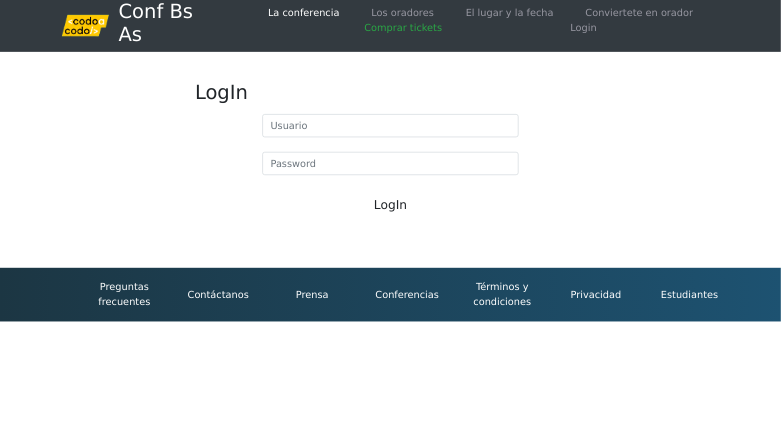
Repository: carolinaeramirez/tpntegrador_cac_23552
Page: http://localhost/integrador_cac/login.jsp
An editor plug-in stored every save of this project. The page is shown before and after the next save, followed by the edit.
The browser window is 1280 px wide. The pictures show the whole page, at 61% of full size.
The page is served by Tomcat 9. Other server files are loaded and not shown.

Above is the page before, as saved 2023-12-15 17:05:19.

### integrador_cac/src/main/webapp/login.jsp
<%@page import="ar.com.integrador.domain.Orador"%>
<%@page import="java.util.List"%>

<!doctype html>
<html lang="es">

	<head>
	  <meta charset="utf-8">
	  <meta name="viewport" content="width=device-width, initial-scale=1">




    <link
      rel="shortcut icon"
      href="./assets/img/favicon.ico"
      type="image/x-icon"
    />
    <link
      href="https://cdn.jsdelivr.net/npm/bootstrap@5.0.2/dist/css/bootstrap.min.css"
      rel="stylesheet"
      integrity="sha384-EVSTQN3/azprG1Anm3QDgpJLIm9Nao0Yz1ztcQTwFspd3yD65VohhpuuCOmLASjC"
      crossorigin="anonymous"
    />
    <link rel="stylesheet" href="./css/estilos.css" />
	  <title>Trabajo Integrador</title>

	</head>
	<body>

		<jsp:include page="header.jsp"/>

		<main class="d-flex justify-content-center align-items-center">
		 <section class="mt-5 container" id="form-orador">
		        <div class="row justify-content-center">
		            <div class="col-lg-8 col-xl-7">
		                <h2 class="titulo-gral mb-3">LogIn</h2>

		                <form action="<%=request.getContextPath()%>/LoginAdminController" method="POST">
		                    <div class="row justify-content-center">
		                        <div class="col-8 mb-3 mb-4">
		                            <input type="text" class="form-control" name="nombre" placeholder="Usuario" aria-label="Nombre" required>

		                        </div>
		                         <div class="col-8 mb-3 mb-4">
		                           <input type="password" class="form-control" name="password" placeholder="Password" aria-label="Password" required>
		                         </div>
		                    </div>
		                    <div class="row justify-content-center">
		                        <div class="col-8 mb-3">
		                            <div class="d-grid">
		                                <button type="submit" class="btn btn-lg btn-form">LogIn</button>
		                            </div>
		                        </div>
		                    </div>
		                </form>
		            </div>
		        </div>
		    </section>

		</main>

		<jsp:include page="footer.jsp"/>

		<script src="https://cdn.jsdelivr.net/npm/bootstrap@5.1.3/dist/js/bootstrap.bundle.min.js" integrity="sha384-ka7Sk0Gln4gmtz2MlQnikT1wXgYsOg+OMhuP+IlRH9sENBO0LRn5q+8nbTov4+1p" crossorigin="anonymous"></script>

	</body>
</html>

### integrador_cac/src/main/webapp/header.jsp
 <header>
      <div class="encabezado">
        <div class="encabezado__logo">
          <a
            href="https://buenosaires.gob.ar/educacion/codo-codo-40"
            target="_blank"
          >
            <img
              class="encabezado__logo__img"
              src="assets/img/codoacodo.png"
              alt="logo de codo a codo 4.0"
              loading="lazy"
            />
          </a>
        </div>
        <div class="encabezado__titulo">
          <h2>Conf Bs As</h2>
        </div>
        <nav class="encabezado__nav">
          <ul>
            <li>
              <a class="encabezado_conferencia" href="index.jsp#conferencia"
                >La conferencia</a
              >
            </li>
            <li>
              <a class="encabezado_links" href="index.jsp#oradores">Los oradores</a>
            </li>
            <li>
              <a class="encabezado_links" href="index.jsp#lugarFecha"
                >El lugar y la fecha</a
              >
            </li>
            <li>
              <a class="encabezado_links" href="index.jsp#formularioOrador"
                >Conviertete en orador</a
              >
            </li>
            <li>
              <a class="encabezado_comprar_tickets" href="tickets.jsp"
                >Comprar tickets</a
              >
            </li>
            <li>
              <a class="encabezado_links" href="login.jsp"
                >Login</a
              >
            </li>
          </ul>
        </nav>
        <div class="encabezado__hamburguesa">
          <i class="fas fa-bars" id="hamburguesa"></i>
        </div>
      </div>
    </header>

### integrador_cac/src/main/webapp/footer.jsp
<footer class="footer_contenedor">
      <a class="anclas_footer" href="">Preguntas frecuentes</a>
      <a class="anclas_footer" href="">Contáctanos</a>
      <a class="anclas_footer" href="">Prensa</a>
      <a class="anclas_footer" href="">Conferencias</a>
      <a class="anclas_footer" href="">Términos y condiciones</a>
      <a class="anclas_footer" href="">Privacidad</a>
      <a class="anclas_footer" href="">Estudiantes</a>
    </footer>

### integrador_cac/src/main/webapp/css/estilos.css
* {
  margin: 0;
  padding: 0;
  box-sizing: border-box;
  font-family: "Lucida Sans", "Lucida Sans Regular", "Lucida Grande",
    "Lucida Sans Unicode", Geneva, Verdana, sans-serif;
}

/* Encabezado */.encabezado {
  width: 100%;
  padding-left: 5%;
  padding-right: 5%;
  height: 15%;
  background-color: rgb(51, 58, 64);
  display: flex;
  align-items: center;
  justify-content: flex-start;
  flex-direction: row;

  /* Responsive */
  @media (max-width: 768px) {
    flex-direction: row;
    align-items:center;
    justify-content: space-between;
  }
}

.encabezado__logo {
  margin-left: 2%;
  width: 10%;

  /* Responsive */
  @media (max-width: 768px) {
    margin-left: 0;
    width: 100%;
  }
}

.encabezado__logo__img {
  width: 100%;
}

.encabezado__titulo {
  width: 15%;
  color: white;
  font-size: 1rem;

  /* Responsive */
}
@media (max-width: 768px) {
  .encabezado__titulo {
    margin-left: 0;
    width: 100%;
  }
}
.encabezado__nav {
  margin-right: 5%;
  width: 75%;
  display: flex;
  align-items: flex-end;
  justify-content: flex-end;
  flex-direction: row;
  position: relative;

  /* Responsive */
}
.encabezado__hamburguesa {
  color: white;
  position: absolute;
  right: 20px;
  top: 10px;
}
@media (max-width: 768px) {
  .encabezado__nav {
    display: none;
  }

  .encabezado__hamburguesa {
    display: block;
  }
}
.encabezado__nav ul {
  display: flex;
  align-items: flex-end;
  justify-content: space-evenly;
  flex-direction: row;
  flex-wrap: wrap;
  list-style: none;
}

.encabezado__nav ul li a {
  margin-left: 30px;
  text-decoration: none;
  font-size: 1rem;
}

.encabezado_conferencia {
  color: white;
}

.encabezado_links {
  color: rgb(151, 151, 161);
}

.encabezado_comprar_tickets {
  color: rgb(42, 168, 69);
}

/* conferencia Bs As */
.section_conferencia {
  width: 100%;
  background-image: linear-gradient(rgba(0, 0, 0, 0.5), rgba(0, 0, 0, 0.4)),
    url("../assets/img/palaciodelasaguas.jpg");
  background-size: cover;
  background-position: center;
  background-repeat: no-repeat;
  display: flex;
  flex-direction: column;
  align-content: flex-end;
  justify-content: flex-end;
  text-align: right;
  color: white;
  padding-right: 5%;
  padding-bottom: 10%;
  padding-top: 10%;

  /* Responsive */
}
@media (max-width: 768px) {
  .section_conferencia {
    padding-left: 0;
    padding-right: 0;
    text-align: center;
    flex-wrap: wrap;
  }
}
.section_conferencia h1 {
  font-size: 2rem;
  font-weight: 500;
  margin: 0;
  padding: 0;

  /* Responsive */
}
@media (max-width: 768px) {
  .section_conferencia h1 {
    font-size: 24px;
  }
}
.section_conferencia p {
  font-size: 1rem;
  font-weight: 400;
  margin-left: 50%;
  padding: 0;

  /* Responsive */
  @media (max-width: 768px) {
    font-size: 14px;
  }
}

.section_conferencia_button {
  font-size: 1.5rem;
  display: flex;
  justify-content: flex-end;
  padding-top: 20px;

  /* Responsive */
  @media (max-width: 768px) {
    display: flex;
    flex-direction: column;
    justify-content: center;
  }
}

.comprar_tickets {
  text-decoration: none;
  border-radius: 8%;
  border: none;
  background-color: rgb(39, 168, 68);
  color: white;
  padding: 1%;
  margin-left: 10px;
  font-size: 1rem;

  /* Responsive */
  @media (max-width: 768px) {
    margin: 0 auto;
  }
}

.quiero_ser_orador {
  text-decoration: none;
  border-radius: 8%;
  border: solid 1px white;
  color: white;
  padding: 1%;
  font-size: 1rem;

  /* Responsive */
  @media (max-width: 768px) {
    margin: 0 auto;
  }
}

/* LOS ORADORES */
.oradores {
  width: 80%;
  margin: 2% auto;
  text-align: center;
  padding-top: 5px;

  @media (max-width: 780px) {
    margin: 0;
    padding: 0;
    width: 100%;
    flex-direction: column;
  }
}
.contenedor-tarjetas {
  padding: 1%;
  display: flex;
  justify-content: space-between;
  /* Responsive */
}
@media (max-width: 780px) {
  .contenedor-tarjetas {
    margin: 0;
    padding: 0;
    width: 100%;
    flex-direction: column;
    flex-wrap: wrap;
  }
}
@media (max-width: 780px) {
  .card {
    flex-direction: column;
    width: 100%;
  }
}

.temas {
  display: flex;
  flex-direction: row;
  align-items: start;
  justify-content: start;
}
.colorCeleste {
  margin-left: 10px;
  padding: 2px;
  font-size: 1rem;
  background-color: rgb(0, 200, 255);
  color: white;
  border: 1px solid rgb(0, 200, 255);
  border-radius: 5px;
}
.colorAmarillo {
  font-size: 1rem;
  background-color: rgb(255, 255, 0);
  color: black;
  padding: 2px;
  border: 1px solid rgb(255, 255, 0);
  border-radius: 5px;
}
.colorGris {
  padding: 2px;
  font-size: 1rem;
  background-color: rgb(106, 106, 106);
  color: white;
  border: 1px solid rgb(106, 106, 106);
  border-radius: 5px;
}
.colorRojo {
  padding: 2px;
  margin-left: 10px;
  font-size: 1rem;
  background-color: rgb(171, 2, 2);
  color: white;
  border: 1px solid rgb(171, 2, 2);
  border-radius: 5px;
  text-align: left;
}
.card-title {
  text-align: left;
  font-weight: bold;
}
.card-text {
  text-align: justify;
}
/* honolulu section. */

.lugar_fecha {
  width: 100%;
  height: 400px;
  margin-top: 1%;
  display: flex;
  justify-content: space-between;
  flex-direction: row;
}

.lugar_fecha_imagen {
  max-width: 50%;
  overflow: hidden;
  align-items: center;
}
.lugar_fecha_imagen img {
  max-width: 100%;
  height: auto;
}

.lugar_fecha_texto {
  padding: 2%;
  width: 50%;
  background-color: rgb(53, 58, 61);
  display: flex;
  justify-content: start;
  align-content: flex-start;
  flex-wrap: wrap;
  text-align: left;
}
.lugar_fecha_texto h2 {
  color: white;
  font-size: 2rem;
}
.lugar_fecha_texto p {
  color: white;
  font-size: 1rem;
}
.lugar_fecha_conoce_mas {
  display: flex;
  flex-direction: row;
  align-items: end;
  justify-content: end;
  color: white;
  font-size: 1rem;
  border: solid 1px white;
}
@media (max-width: 780px) {
  .lugar_fecha {
    flex-direction: column;
    height: auto;
  }

  .lugar_fecha_imagen {
    max-width: 100%;
  }

  .lugar_fecha_texto {
    width: 100%;
  }
}
/* ***************************************************** */
/* Formulario oradores */

.formularioOrador {

  display: flex;
  justify-content: center;
  align-items: center;
  background-color: red;
  background-color: aqua;
  width: 100%;
  height: 100%;
  display: flex;
  justify-content: center;
  align-items: center;
  flex-direction: row;

}
.titulo-subtitulo {
  margin-top: 5%;
  display: flex;
  justify-content: center;
  align-items: center;
  flex-direction: column;
}
.titulo-subtitulo .titulo {
  color: black;
  font-size: 2rem;
}
.titulo-subtitulo .subtitulo {
  color: black;
  font-size: 1rem;
}
.titulo-subtitulo .info {
  text-align: left;
  color: black;
  font-size: 1.5rem;
  font-family: "Gill Sans", "Gill Sans MT", Calibri, "Trebuchet MS", sans-serif;
}
.formulario-row {
  background-color: aqua;
  width: 80%;
  margin-left: 15%;
}
.input-textarea {
  width: 80%;
  height: auto;
  margin-left: 15%;
}
.label-textarea {
  color: rgb(115, 110, 110);
  font-size: 1rem;
  padding: 0;
}
.input {
  width: 100%;
  margin-right: 5%;

  border: solid 1px gray;
  border-radius: 5%;
}
.input_textarea {
  width: 105%;
  height: 20vh;
  display: block;
  justify-content: center;
  align-items: center;
  margin-top: 5%;
}
.btn-enviar {
  margin-top: 1%;
  width: 100%;
  padding: 5px;
  background-color: rgb(150, 201, 62);
  border-radius: 5px;
  border: solid 1px rgb(150, 201, 62);
  font-size: 1rem;

}

/* FOOTER */
.footer_contenedor {

  display: flex;
  flex-wrap: nowrap;
  flex-direction: row;
  justify-content: space-evenly;
  align-items: center;
  text-align: center;
  margin-top: 5%;
  padding: 20px 100px 20px 100px;
  background: linear-gradient(to right, rgb(28, 54, 67), rgb(29, 82, 113));

  bottom: 0;
  width: 100%;

}
@media (max-width: 780px) {
  .footer_contenedor {
    align-items: start;
    justify-content: flex-start;
    flex-direction: column;
    height: auto;

  bottom: 0;
  width: 100%;
  }
}
.footer_contenedor ul {
  list-style: none;
  display: flex;
  flex-wrap: nowrap;
  flex-direction: row;
  justify-content: space-evenly;
  align-items: center;
}
.anclas_footer {
  width: 10%;
  text-decoration: none;
  color: white;
  font-size: 1rem;
  margin-left: 5%;
}

/* PAGE TICKETS */
.main-tickets {
  width: 100%;
  height: auto;
}
/* ****************Categorias de descuentos************ */
.categoria {
  padding: 1%;
  display: flex;
  flex-direction: row;
  justify-content: space-evenly;
  width: 60%;
  margin-left: 20%;
  margin-top: 3%;
  align-items: center;
  align-content: center;
  /* gap: 10px; */
  flex-wrap: wrap;
}

.categoria__cat {
  width: 30%;
  height: 30%;
  display: flex;
  flex-direction: column;
  justify-content: center;
  align-items: center;
  flex-wrap: 10px;
  background: #ffffff;
  text-align: center;
  padding: 25px;
  transition: transform 0.3s;
}
.categoria__cat:hover {
  transform: scale(1.1);
  box-shadow: 0 0 10px rgba(0, 0, 0, 0.5);
}

.categoria__cat__title {
  text-align: center;
  font-family: Arial, Helvetica, sans-serif;
  font-size: 1.5rem;
  font-style: normal;
  font-weight: 600;
  line-height: normal;
  line-height: 2.5;
}

.categoria__cat__texto {
  font-size: 0.8rem;
  font-style: normal;
  font-weight: 400;
  line-height: normal;
  display: flex;
  flex-direction: column;
  line-height: 2.5;
}
.categoria__cat__porcentaje {
  text-align: center;
  font-family: Arial, Helvetica, sans-serif;
  font-size: 1rem;
  font-style: normal;
  font-weight: 600;
  line-height: normal;
  line-height: 2.5;
}
@media (max-width: 780px) {
  .categoria {
    margin-left: 20%;
    padding: 0;
    width: 70%;
    height: 30%;
    display: flex;
    justify-content: center;
    align-items: center;
    flex-direction: column;
    flex-wrap: wrap;
  }
  .categoria__cat {
    width: 100%;
    margin-top: 20px;
  }
}
/* Uso el id para darles los bordes de cada color a las categorias */
#estudiante {
  border: solid 2px;
  border-color: rgb(0, 123, 255);
}

#trainee {
  border: solid 2px;
  border-color: rgb(23, 162, 184);
}
#junior {
  border: solid 2px;
  border-color: rgb(255, 193, 7);
}

/* Formulario de compra de tickets */

.form {
  width: 100%;
  display: flex;
  flex-direction: column;
  justify-content: center;
  align-items: center;
  padding: 1% 10% 0% 10%;
}

.form__encabezado {
  display: flex;
  justify-content: center;
  flex-direction: column;
  align-items: center;
  line-height: 2;
}

.form-input-center {
  padding: 5px;
  display: flex;
  flex-direction: row;
  justify-content: space-between;
  width: 70%;
}


.input-center {
  margin-bottom: 10px;
  margin-right: 5px;
  display: flex;
  flex-direction: row;
  justify-content: space-between;
  width: 100%;
  border-radius: 5px;
  border: 1px solid rgb(141, 138, 138);
  padding: 2px;
}
@media (max-width: 780px) {
  .form-input-center {
    margin-left: 0%;
    padding: 0;
    width: 100%;
    display: flex;
    justify-content: center;
    align-items: center;
    flex-direction: column;
    flex-wrap: wrap;
  }

}
#categoria {
  padding: 1px;
  margin-left: 3px;
  width: 98%;
}

.input-label {
  font-size: 0.9rem;

  width: 100%;
  display: flex;
  justify-content: space-between;
  flex-direction: column;
}

/* pago y botones  */
.total {
  /* margin-top: 20px; */
  width: 70%;
  display: flex;
  align-items: center;
  justify-content: start;
  flex-direction: row;
  padding: 5px;
}
.total_pago {
  width: 100%;
  background-color: lightblue;
  border: 1px solid rgb(204, 229, 255);
  border-radius: 5px;
  font-size: 1rem;
  display: block;
  padding: 2px;
}
.botones {
  width: 70%;
  display: flex;
  justify-content: space-between;
  flex-direction: row;
  align-items: center;
  padding: 5px;
}
.boton {
  display: flex;
  justify-content: center;
  background-color: rgb(151, 201, 62);
  width: 50%;
  text-align: center;
  font-size: 1.2rem;
  color: white;
  border: 1px solid rgb(151, 201, 62);
  border-radius: 3px;
  /* margin-left: 5px; */
}

After the next save:
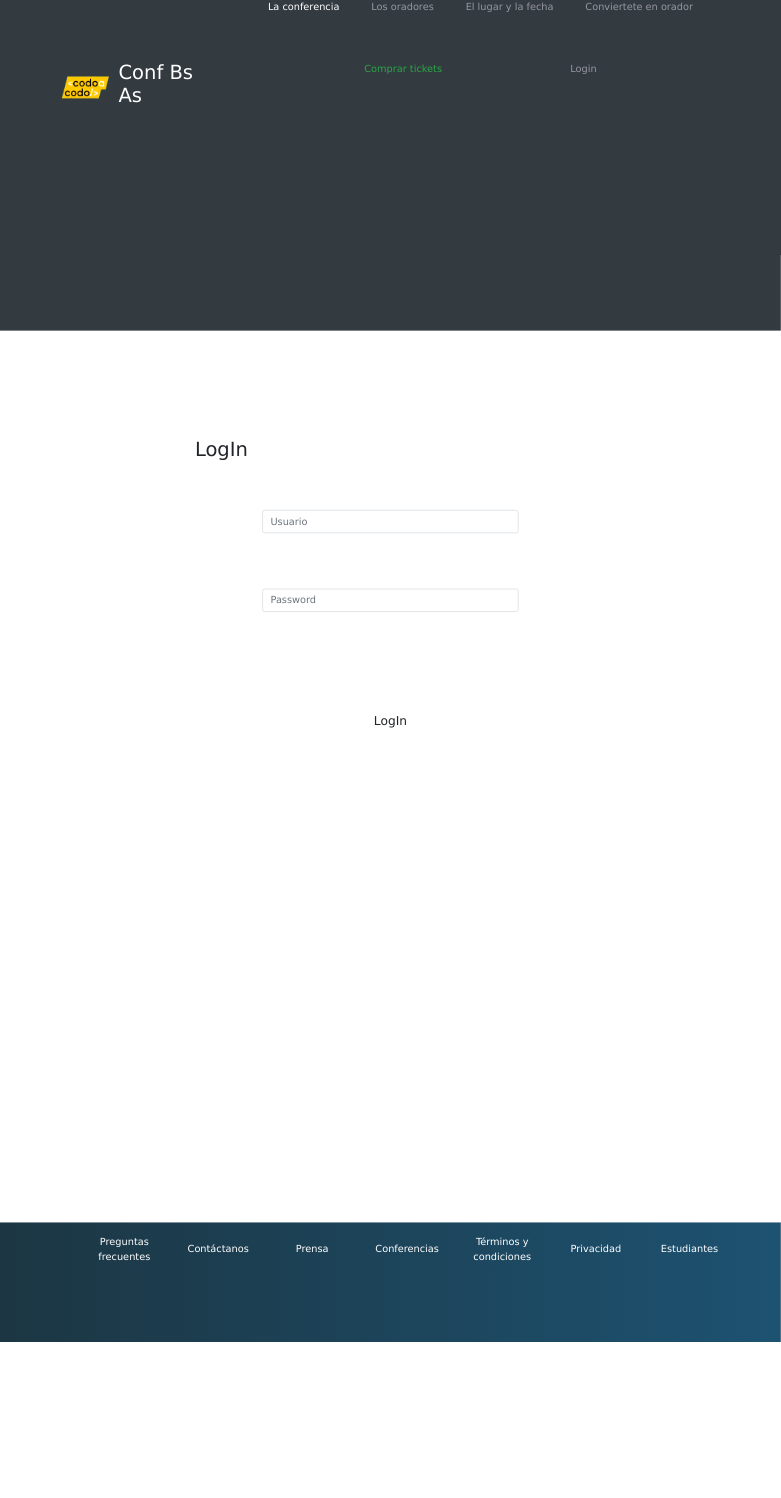
Saved 26 s later.
--- a/integrador_cac/src/main/webapp/css/estilos.css
+++ b/integrador_cac/src/main/webapp/css/estilos.css
@@ -4,6 +4,7 @@
   box-sizing: border-box;
   font-family: "Lucida Sans", "Lucida Sans Regular", "Lucida Grande",
     "Lucida Sans Unicode", Geneva, Verdana, sans-serif;
+    padding-bottom: 10%
 }
 
 /* Encabezado */.encabezado {

After the save that followed:
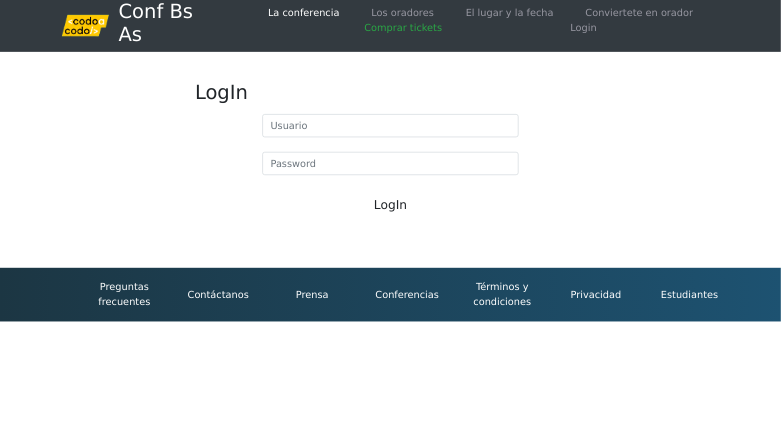
Saved 34 s later.
--- a/integrador_cac/src/main/webapp/css/estilos.css
+++ b/integrador_cac/src/main/webapp/css/estilos.css
@@ -4,7 +4,7 @@
   box-sizing: border-box;
   font-family: "Lucida Sans", "Lucida Sans Regular", "Lucida Grande",
     "Lucida Sans Unicode", Geneva, Verdana, sans-serif;
-    padding-bottom: 10%
+
 }
 
 /* Encabezado */.encabezado {
